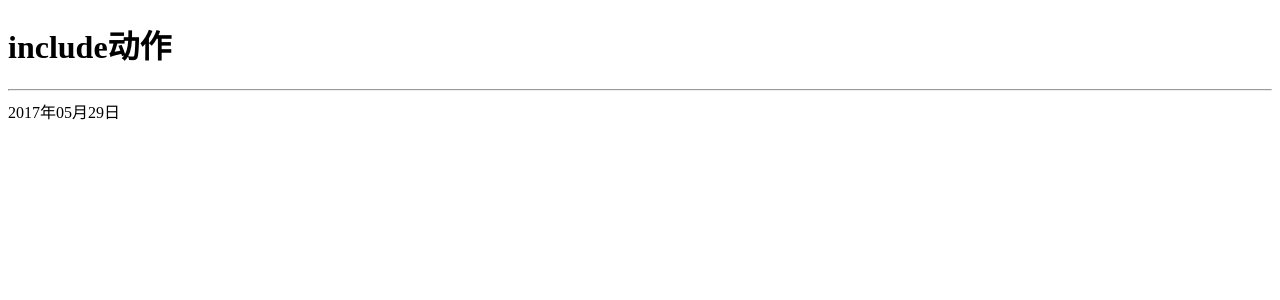
Repository: winxblast/myJavaLearn
Page: http://localhost/JspCommandAction/forward_action.jsp
The author's editor kept a copy of each file at every save. The page is drawn from the files as they stood at one save, then again after the next save.
The browser window is 1280 px wide. The pictures show the whole page.
The page is served by Tomcat 9.

Above is the page before, as saved 2017-06-03 14:20:20.

After the next save:
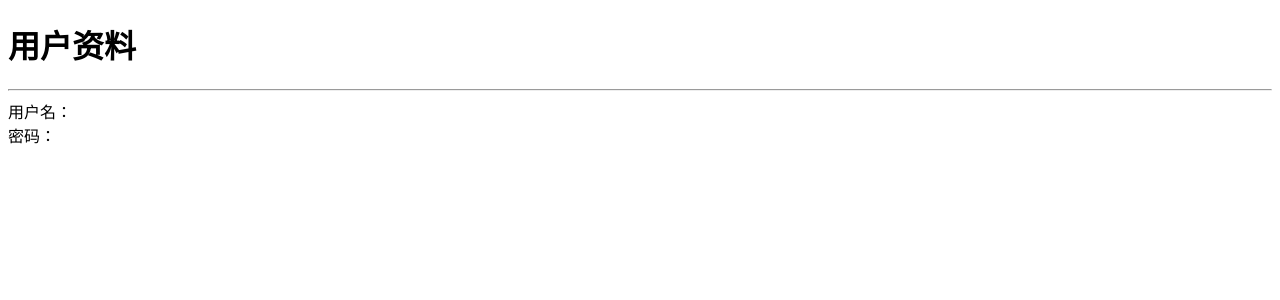
Saved 49 s later.
--- a/JavaEE/JspCommandAction/WebContent/forward_action.jsp
+++ b/JavaEE/JspCommandAction/WebContent/forward_action.jsp
@@ -7,8 +7,16 @@
 <title>Insert title here</title>
 </head>
 <body>
-	<h1>include动作</h1>
+	<h1>Forward动作</h1>
 	<hr>
-	<jsp:include page="date.jsp" flush="false"></jsp:include>
+	<jsp:forward page="user.jsp">
+		<jsp:param value="wxb@163.com" name="email"/>
+		<jsp:param value="888888" name="password"/>
+	</jsp:forward>
+	<%--param动作可以派和forward动作一起使用，修改表单内容 --%>
+	<%--
+		//上面的forward与这句是一样的
+		request.getRequestDispatcher("user.jsp").forward(request, response);
+	--%>
 </body>
 </html>
